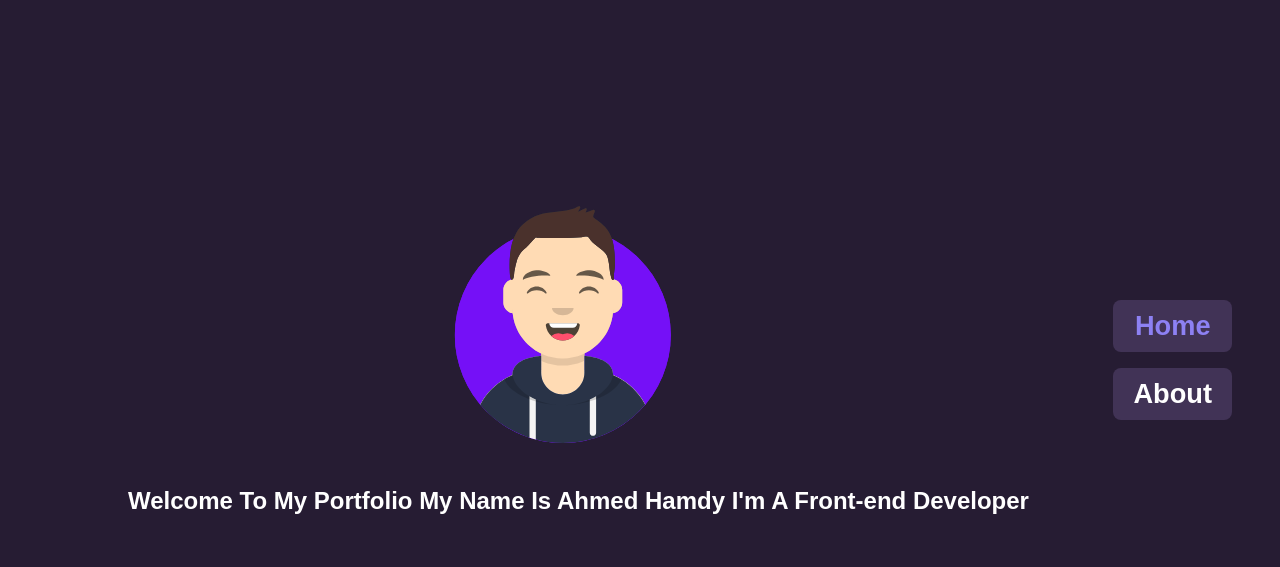
Repository: ahamdy997/portfolio
Page: /
These files come from the project's save history. The page is drawn as it stood at one moment and after the next save; the edit follows.
The browser window is 1280 px wide. The pictures show the whole page.
The project was rebuilt for these pictures with package versions that can differ from the ones it lists, and the page was loaded fresh each time. Also part of the build but not shown: vue.config.js.

Above is the page before, as saved 2023-11-05 23:09:19.

### src/App.vue
<template>
  <div class="flex">
    <router-view />
    <header>
      <nav>
        <router-link to="/">Home</router-link>
        <router-link to="/about">About</router-link>
      </nav>
    </header>
  </div>
</template>

<style>
* {
  box-sizing: border-box;
  padding: 0;
  margin: 0;
}
#app {
  width: 100%;
  height: 100vh;
  display: flex;
  align-items: center;
  justify-content: space-between;
  text-align: center;
}
.flex {
  display: flex;
  align-items: center;
  justify-content: space-between;
  padding: 3rem;
  gap: 5rem;
  width: 100%;
  margin-left: 3rem;
}
header {
  font-size: 1.7rem;
}

nav {
  text-align: center;
  display: flex;
  flex-direction: column;
  gap: 1rem;
}
body {
  font-family: sans-serif;
  background: #261c33;
  color: #fff;
}
nav a {
  font-weight: bold;
  color: #fff;
  text-decoration: none;
  border-radius: 8px;
  background-color: #56447092;
  padding: 10px 20px;
}
a:hover {
  color: rgba(137, 147, 200, 0.7);
}

nav a.router-link-exact-active {
  color: #8d81f3;
}
</style>

### src/views/HomeView.vue
<template>
  <div class="home">
    <img src="../assets/mf-avatar.svg" alt="happy person" />
    <HelloWorld msg="Welcome to Your Vue.js App" />
  </div>
</template>

<script>
// @ is an alias to /src
import HelloWorld from "@/components/HelloWorld.vue";

export default {
  name: "HomeView",
  components: {
    HelloWorld,
  },
};
</script>
<style scoped>
img {
  margin-bottom: 40px;
}
</style>

### src/components/HelloWorld.vue
<template>
  <div class="hello">
    <h2>
      Welcome To My Portfolio My Name Is Ahmed Hamdy I'm A Front-end Developer
    </h2>
  </div>
</template>

<script>
export default {
  name: "HelloWorld",
  props: {
    msg: String,
  },
};
</script>

<!-- Add "scoped" attribute to limit CSS to this component only -->
<style scoped>
.hello {
  margin: auto;
  margin-left: 2rem;
}
a {
  color: #42b983;
}
</style>

Loaded but not shown: public/index.html (common file); src/main.js (common file); src/router/index.js (common file)

After the next save:
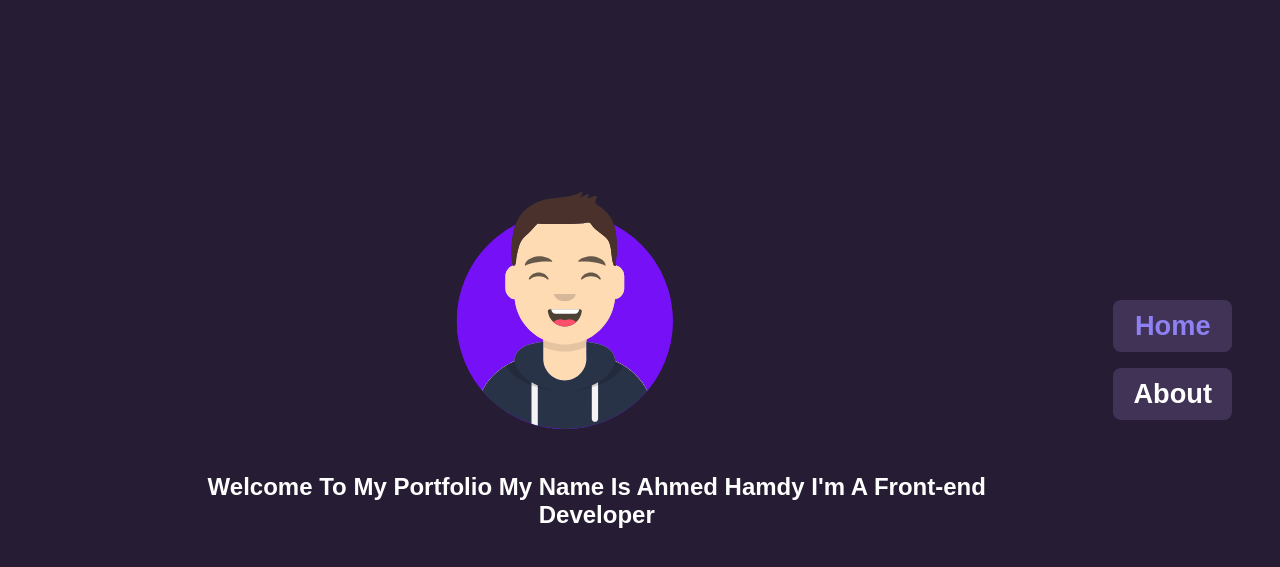
Saved 4 s later.
--- a/src/components/HelloWorld.vue
+++ b/src/components/HelloWorld.vue
@@ -19,7 +19,7 @@ export default {
 <style scoped>
 .hello {
   margin: auto;
-  margin-left: 2rem;
+  margin-left: 4rem;
 }
 a {
   color: #42b983;
